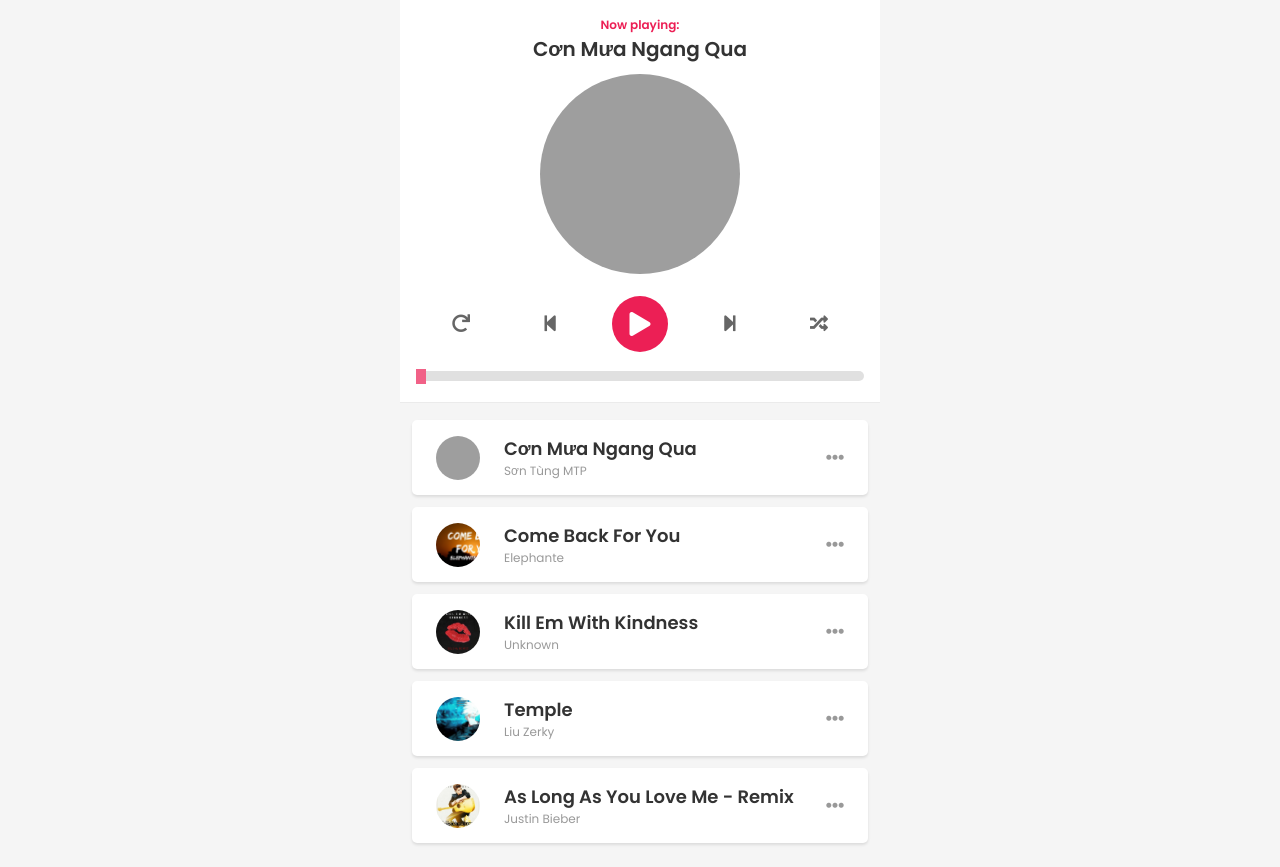
Repository: vandat598/musicPlayer
Page: index.html
The author's editor kept a copy of each file at every save. The page is drawn from the files as they stood at one save, then again after the next save.
The browser window is 1280 px wide. The pictures show the whole page.
Pictures or frames that could not be fetched are drawn as grey boxes.

Above is the page before, as saved 2022-04-27 20:43:37.

After the next save:
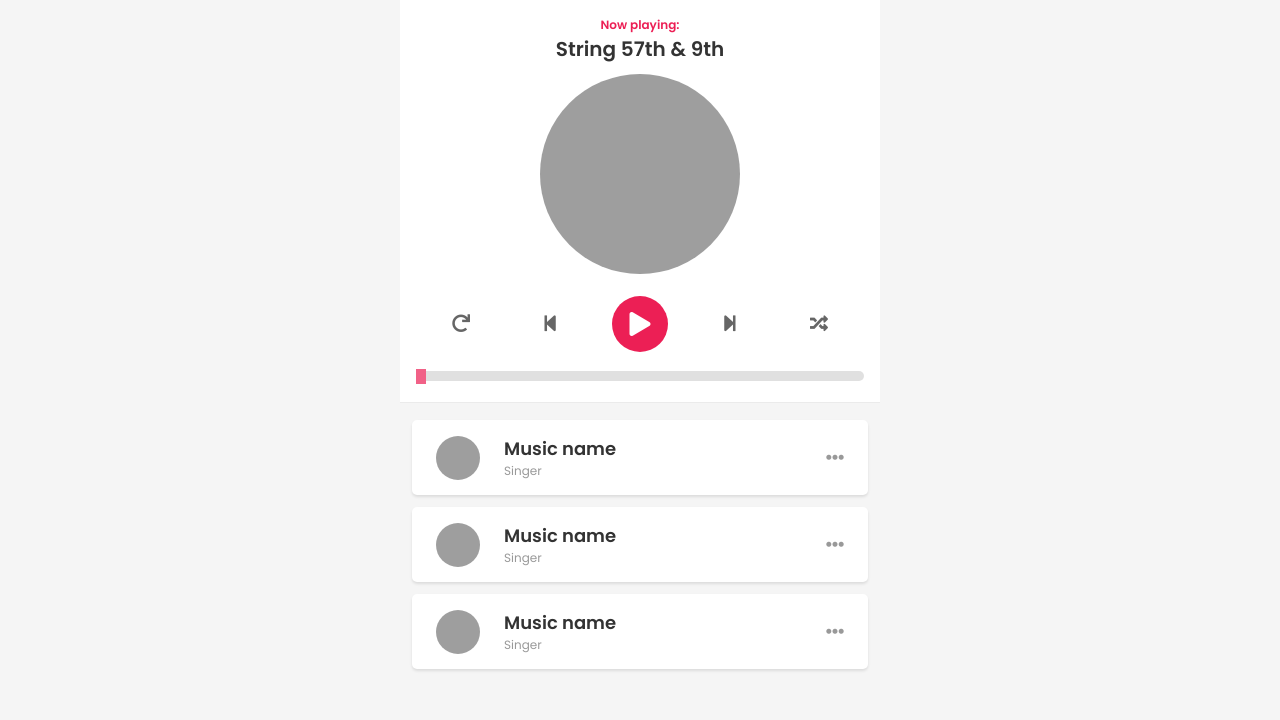
Console error: SyntaxError: Unexpected token '}'
Saved 114 s later.
--- a/index.html
+++ b/index.html
@@ -314,6 +314,11 @@
           }
           this.loadCurrentSong();
         },
+        playRandomSong() {
+          do {
+            this.currentIndex = Math.floor(Math.random() * this.songs.length);
+          }
+        },
         start() {
           this.defineProperties();
           this.handleEvent();

After the save that followed:
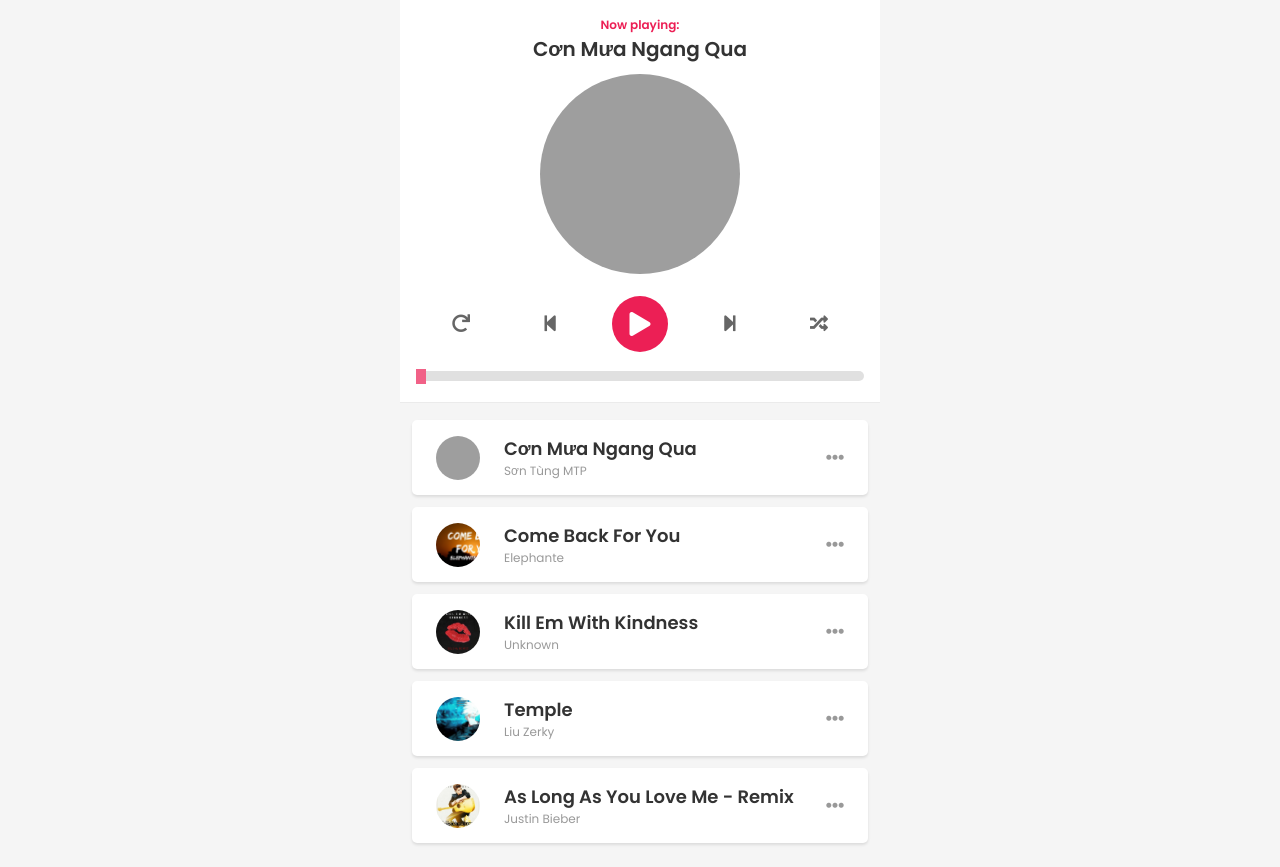
The error is gone.
Saved 4 min 12 s later.
--- a/index.html
+++ b/index.html
@@ -315,9 +315,14 @@
           this.loadCurrentSong();
         },
         playRandomSong() {
+          let newIndex;
           do {
-            this.currentIndex = Math.floor(Math.random() * this.songs.length);
-          }
+            newIndex = Math.floor(Math.random() * this.songs.length);
+            console.log(
+              '🚀 ~ file: index.html ~ line 321 ~ playRandomSong ~ newIndex',
+              newIndex
+            );
+          } while (newIndex !== this.currentIndex);
         },
         start() {
           this.defineProperties();
